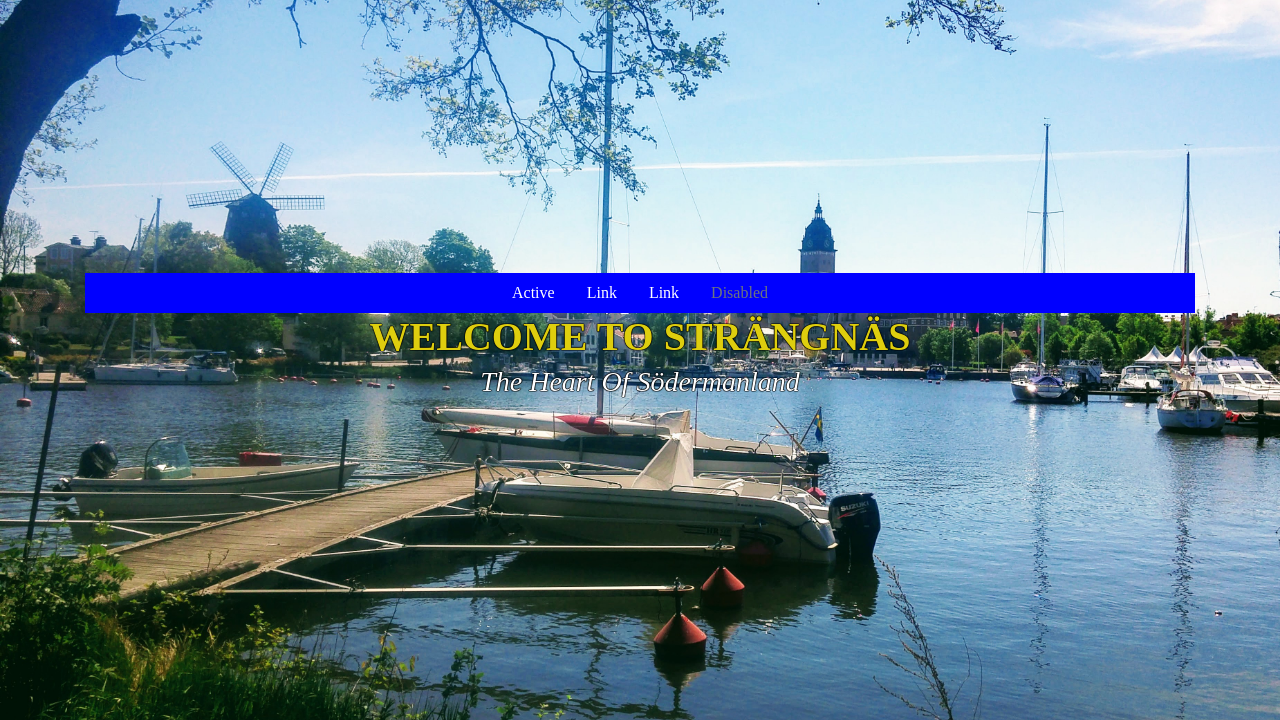
Repository: kososwede/first-project
Page: index.html
The author's editor kept a record of every edit. The page is drawn from the files as they stood at one moment, then again after the next edit.
The browser window is 1280 px wide. The pictures show the whole page.
Some web fonts or font styles are not loaded; a fallback is used.

Above is the page before.

### index.html
<!DOCTYPE html>
<html lang="en">

<head>
  <meta charset="UTF-8">
  <meta name="viewport" content="width=device-width, initial-scale=1.0">
  <meta http-equiv="X-UA-Compatible" content="ie=edge">
  <link rel="stylesheet" href="https://stackpath.bootstrapcdn.com/bootstrap/4.3.1/css/bootstrap.min.css" type="text/css" />
  <link rel="stylesheet" href="https://stackpath.bootstrapcdn.com/font-awesome/4.7.0/css/font-awesome.min.css" type="text/css" />
  <link rel="stylesheet" href="https://cdnjs.cloudflare.com/ajax/libs/hover.css/2.3.1/css/hover-min.css" integrity="sha256-c+C87jupO1otD1I5uyxV68WmSLCqtIoNlcHLXtzLCT0=" crossorigin="anonymous" />
  <link rel="stylesheet" href="assets/css/style.css" type="text/css" />
  <title>Welcome To Strängnäs</title>
</head>

<body>
  <!----------------header----------------->


  <header class="masthead d-flex">
    <div class="container text-center my-auto">
      <nav>
      <ul class="nav justify-content-center">
  <li class="nav-item">
    <a class="nav-link active" href="#">Active</a>
  </li>
  <li class="nav-item">
    <a class="nav-link" href="#">Link</a>
  </li>
  <li class="nav-item">
    <a class="nav-link" href="#">Link</a>
  </li>
  <li class="nav-item">
    <a class="nav-link disabled" href="#" tabindex="-1" aria-disabled="true">Disabled</a>
  </li>
</ul>

     <h1 class="mb-1">WELCOME TO STRÄNGNÄS</h1>
      <h3 class="mb-5">
        <em>The Heart Of Södermanland</em>
      </h3>



  </header>



</body>



</html>

### assets/css/style.css
@import url('https://fonts.googleapis.com/css?family=Sniglet&display=swap');
@import url('https://fonts.googleapis.com/css?family=Courgette&display=swap');
body,
html {
 width: 100%;
 height: 100%;
 overflow-x: hidden;
 overflow-y: hidden;

}

body {
 font-family: 'Source Sans Pro';
}



/*------------------------------HEADER*/

.masthead {
 min-height: 30rem;
 position: relative;
 display: table;
 width: 100%;
 height: 100%;
 padding-top: 0rem;
 padding-bottom: 0rem;
 background: -webkit-gradient(linear, left top, right top, from(rgba(255, 255, 255, 0.1)), to(rgba(255, 255, 255, 0.1))), url("../images/viewofstrangnas.jpg");
 background: linear-gradient(90deg, rgba(255, 255, 255, 0.1) 0%, rgba(255, 255, 255, 0.1) 100%), url("../images/viewofstrangnas.jpg");
 background-image: url(../images/viewofstrangnas.jpg);
 background-position: center center;
 background-repeat: no-repeat;
 background-size: cover;

}

h1 {
 font-weight: bolder;
 color: #dece0e;
 text-shadow: #000 0px 0px 1px, #000 0px 0px 1px, #000 0px 0px 1px,
 #000 0px 0px 1px, #000 0px 0px 1px, #000 0px 0px 1px;
}

h3 {
 color: #fff;
 text-shadow: #000 0px 0px 1px,   #000 0px 0px 1px,   #000 0px 0px 1px,
 #000 0px 0px 1px,   #000 0px 0px 1px,   #000 0px 0px 1px;
}

.justify-content-center{
 background-color: blue;

}
.nav-link {
 color: #fff;
}






/*------------------------------HEADER*/

/*------------------------------HEADER*/

/*------------------------------HEADER*/

/*------------------------------HEADER*/

/*------------------------------HEADER*/

After the next edit:
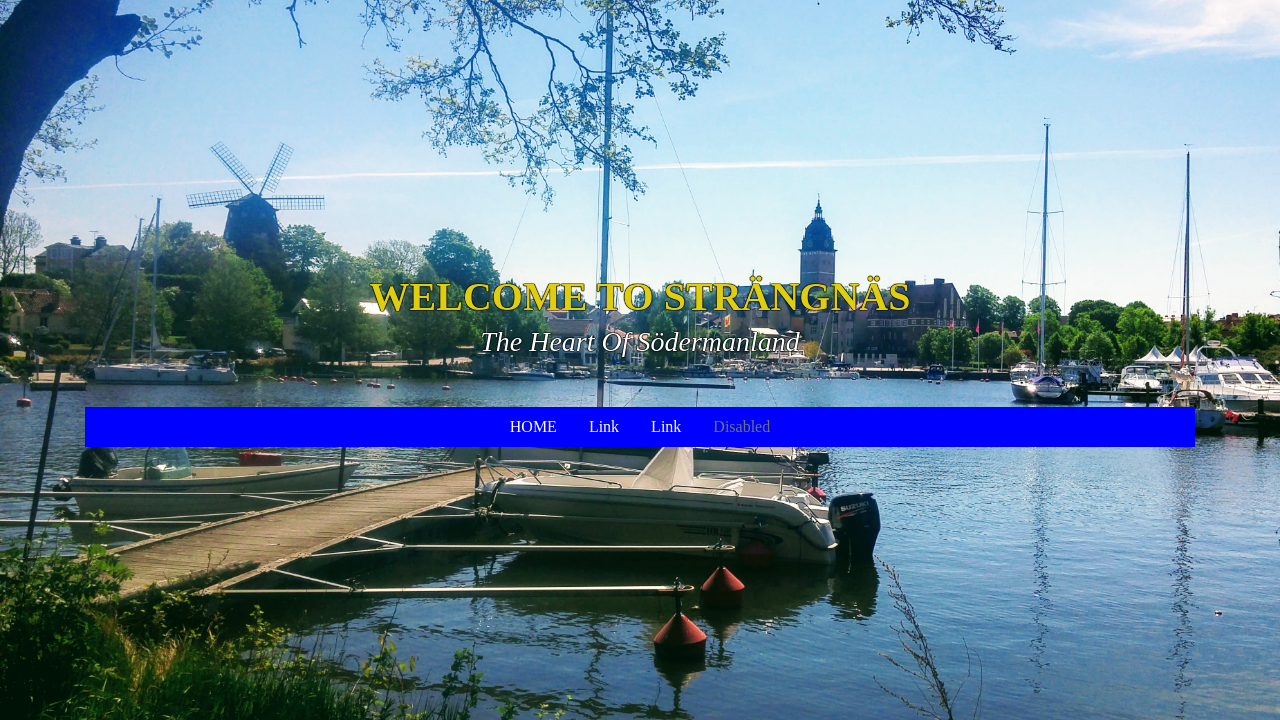
The edit:
--- a/index.html
+++ b/index.html
@@ -18,10 +18,16 @@
 
   <header class="masthead d-flex">
     <div class="container text-center my-auto">
-      <nav>
-      <ul class="nav justify-content-center">
+
+
+
+     <h1 class="mb-1">WELCOME TO STRÄNGNÄS</h1>
+      <h3 class="mb-5">
+        <em>The Heart Of Södermanland</em>
+      </h3>
+<ul class="nav justify-content-center">
   <li class="nav-item">
-    <a class="nav-link active" href="#">Active</a>
+    <a class="nav-link active" href="#">HOME</a>
   </li>
   <li class="nav-item">
     <a class="nav-link" href="#">Link</a>
@@ -34,12 +40,6 @@
   </li>
 </ul>
 
-     <h1 class="mb-1">WELCOME TO STRÄNGNÄS</h1>
-      <h3 class="mb-5">
-        <em>The Heart Of Södermanland</em>
-      </h3>
-
-
 
   </header>
 
